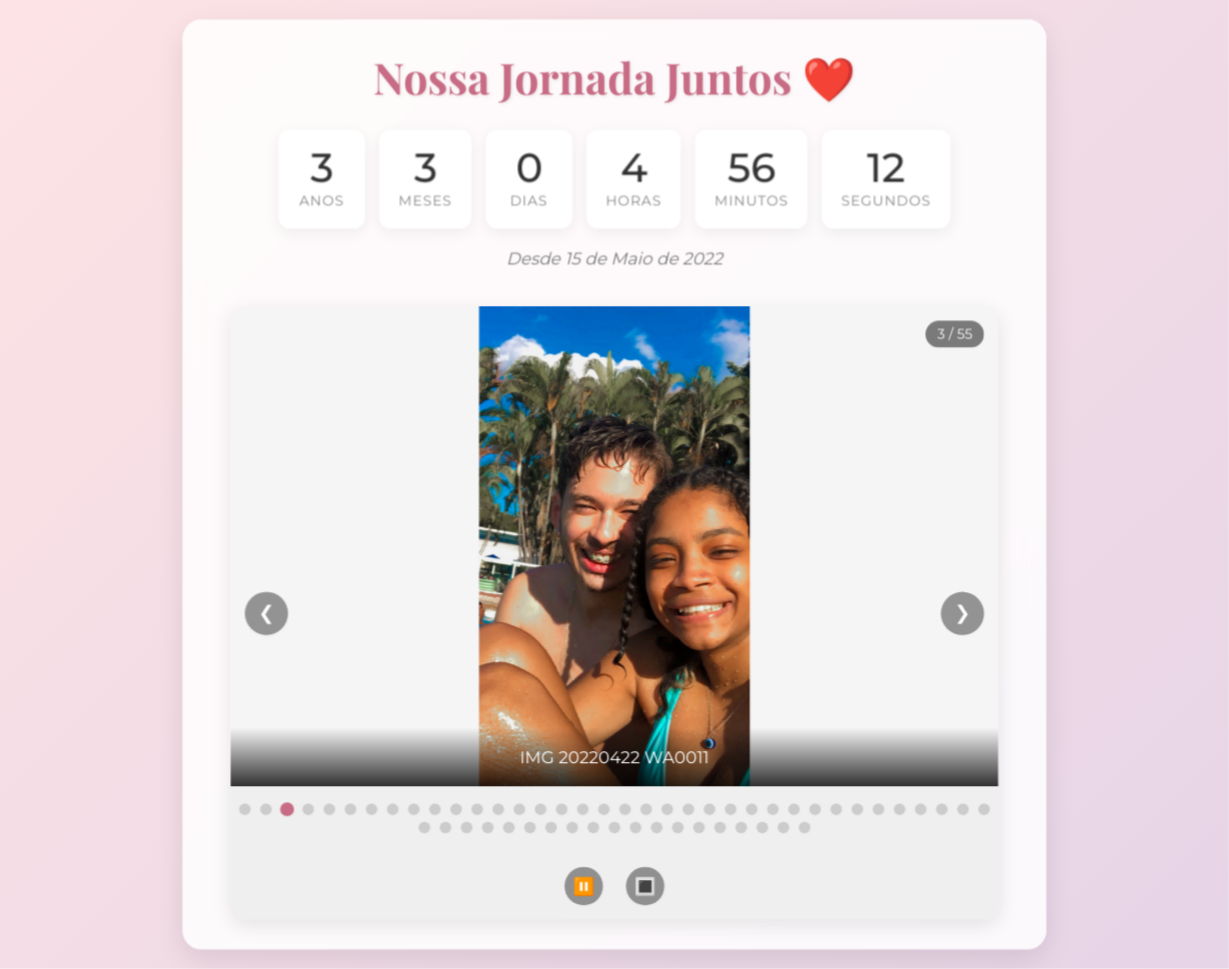
Repository: yan-luca/vic-yan
Page: index.html
An editor plug-in stored every save of this project. The page is shown before and after the next save, followed by the edit.
The browser window is 1280 px wide. The pictures show the whole page, at 96% of full size.

Above is the page before, as saved 2025-08-15 00:50:53.

### index.html
    <!DOCTYPE html>
    <html lang="pt-BR">
    <head>
        <meta charset="UTF-8">
        <meta name="viewport" content="width=device-width, initial-scale=1.0">
        <title>Nossa Jornada - Vic & Yan</title>
        <link rel="stylesheet" href="style.css">
    </head>
    <body>
        <div class="container">
            <header>
                <h1>Nossa Jornada Juntos ❤️</h1>
                <div class="counter-container">
                    <div class="counter">
                        <div class="counter-item">
                            <span id="years" class="counter-number">0</span>
                            <span class="counter-label">Anos</span>
                        </div>
                        <div class="counter-item">
                            <span id="months" class="counter-number">0</span>
                            <span class="counter-label">Meses</span>
                        </div>
                        <div class="counter-item">
                            <span id="days" class="counter-number">0</span>
                            <span class="counter-label">Dias</span>
                        </div>
                        <div class="counter-item">
                            <span id="hours" class="counter-number">0</span>
                            <span class="counter-label">Horas</span>
                        </div>
                        <div class="counter-item">
                            <span id="minutes" class="counter-number">0</span>
                            <span class="counter-label">Minutos</span>
                        </div>
                        <div class="counter-item">
                            <span id="seconds" class="counter-number">0</span>
                            <span class="counter-label">Segundos</span>
                        </div>
                    </div>
                    <p class="start-date">Desde 15 de Maio de 2022</p>
                </div>
            </header>

            <main>
                <div class="slideshow-container">
                    <div class="slides-wrapper" id="slidesWrapper">
                        <!-- As imagens serão carregadas dinamicamente aqui -->
                    </div>

                    <button class="nav-btn prev" id="prevBtn" onclick="changeSlide(-1)">❮</button>
                    <button class="nav-btn next" id="nextBtn" onclick="changeSlide(1)">❯</button>

                    <div class="slide-counter">
                        <span id="currentSlide">1</span> / <span id="totalSlides">0</span>
                    </div>

                    <div class="dots-container" id="dotsContainer">
                        <!-- Os pontos indicadores serão criados dinamicamente -->
                    </div>

                    <div class="controls">
                        <button id="playPauseBtn" onclick="toggleAutoplay()">⏸️</button>
                        <button onclick="toggleFullscreen()">🔳</button>
                    </div>
                </div>

                <div class="loading" id="loading">
                    <p>Carregando fotos...</p>
                </div>
            </main>
        </div>

        <script src="script.js"></script>
    </body>
    </html>

### style.css
/* Importando fontes elegantes do Google Fonts */
@import url('https://fonts.googleapis.com/css2?family=Playfair+Display:wght@700&family=Montserrat:wght@400;500&display=swap');

/* Reset básico */
* {
    margin: 0;
    padding: 0;
    box-sizing: border-box;
}

/* --- Estilos Globais --- */
body {
    font-family: 'Montserrat', sans-serif; /* Fonte padrão, moderna e legível */
    background: linear-gradient(135deg, #fde3e4, #e6d4e7); /* Gradiente suave e romântico */
    color: #444;
    display: flex;
    justify-content: center;
    align-items: flex-start; /* Alinha no topo */
    min-height: 100vh;
    margin: 0;
    padding: 20px;
    box-sizing: border-box;
}

/* --- Container Principal --- */
.container {
    width: 100%;
    max-width: 900px;
    background: rgba(255, 255, 255, 0.85); /* Fundo branco semi-transparente */
    backdrop-filter: blur(10px); /* Efeito de vidro fosco (moderno) */
    border-radius: 20px;
    box-shadow: 0 10px 30px rgba(0, 0, 0, 0.1);
    padding: 30px 40px;
    text-align: center;
    border: 1px solid rgba(255, 255, 255, 0.2);
}

/* --- Cabeçalho e Título --- */
header {
    text-align: center;
    margin-bottom: 30px;
}

header h1 {
    font-family: 'Playfair Display', serif; /* Fonte elegante para o título */
    font-size: 2.8em;
    color: #c86b85; /* Um tom de rosa queimado */
    margin-bottom: 10px;
    text-shadow: 1px 1px 3px rgba(0,0,0,0.1);
    animation: fadeInUp 1s ease-out;
}

.counter-container {
    background: transparent;
    backdrop-filter: none;
    border-radius: 0;
    padding: 0;
    margin: 20px 0;
    animation: fadeInUp 1s ease-out 0.3s both;
}

.start-date {
    font-size: 1.1em;
    color: #777;
    margin-top: 20px;
    font-style: italic;
}

/* --- Contador de Tempo --- */
.counter {
    display: flex;
    flex-wrap: wrap; /* Permite que os itens quebrem para a próxima linha em telas pequenas */
    justify-content: center;
    gap: 15px; /* Espaço entre os itens */
    margin-top: 25px;
    margin-bottom: 15px;
}

.counter-item {
    background: #fff;
    padding: 20px;
    border-radius: 12px;
    box-shadow: 0 4px 15px rgba(0,0,0,0.07);
    min-width: 90px;
    display: flex;
    flex-direction: column;
    align-items: center;
    transition: transform 0.3s ease, box-shadow 0.3s ease;
}

.counter-item:hover {
    transform: translateY(-5px); /* Efeito de flutuar ao passar o mouse */
    box-shadow: 0 8px 25px rgba(0,0,0,0.1);
}

.counter-number {
    font-size: 2.5em;
    font-weight: 500;
    color: #333;
    line-height: 1;
    transition: all 0.3s ease;
}

.counter-label {
    font-size: 0.9em;
    color: #888;
    margin-top: 5px;
    text-transform: uppercase;
    letter-spacing: 1px;
}

/* --- Slideshow --- */
main {
    margin-top: 40px;
}

.slideshow-container {
    position: relative;
    border-radius: 15px;
    overflow: hidden; /* Garante que as imagens fiquem dentro das bordas arredondadas */
    box-shadow: 0 5px 20px rgba(0,0,0,0.1);
    background-color: #eee; /* Cor de fundo enquanto as imagens carregam */
    max-width: 800px;
    margin: 0 auto;
    animation: fadeInUp 1s ease-out 0.6s both;
}

.slides-wrapper {
    position: relative;
    width: 100%;
    height: 500px;
    overflow: hidden;
}

.slide {
    display: none;
    width: 100%;
    height: 100%;
    position: relative;
    animation: fadeIn 0.5s ease-in-out;
}

.slide.active {
    display: block;
}

.slide img {
    width: 100%;
    height: 100%;
    object-fit: contain; /* Mostra a imagem completa sem cortar */
    border-radius: 0;
    background-color: #f5f5f5; /* Cor de fundo para espaços vazios */
}

.slide-caption {
    position: absolute;
    bottom: 0;
    left: 0;
    right: 0;
    background: linear-gradient(transparent, rgba(0,0,0,0.8));
    color: white;
    padding: 20px;
    text-align: center;
    font-size: 1.1em;
}

/* Botões de Navegação (Prev/Next) */
.nav-btn {
    position: absolute;
    top: 50%;
    transform: translateY(-50%);
    background-color: rgba(0, 0, 0, 0.4);
    color: white;
    border: none;
    cursor: pointer;
    padding: 10px 15px;
    font-size: 20px;
    border-radius: 50%;
    width: 45px;
    height: 45px;
    display: flex;
    justify-content: center;
    align-items: center;
    transition: background-color 0.3s ease;
    user-select: none; /* Impede a seleção de texto do botão */
    z-index: 10;
}

.nav-btn:hover {
    background-color: rgba(0, 0, 0, 0.7);
}

.prev {
    left: 15px;
}

.next {
    right: 15px;
}

/* Controles (Play/Pause, Fullscreen) e Contador */
.slide-counter {
    position: absolute;
    top: 15px;
    right: 15px;
    background-color: rgba(0, 0, 0, 0.5);
    color: white;
    padding: 5px 12px;
    border-radius: 20px;
    font-size: 0.9em;
    backdrop-filter: blur(10px);
}

.controls {
    text-align: center;
    padding: 15px;
    background: rgba(255, 255, 255, 0.05);
    border-top: 1px solid rgba(255, 255, 255, 0.1);
}

.controls button {
    background-color: rgba(0, 0, 0, 0.4);
    color: white;
    border: none;
    border-radius: 50%;
    width: 40px;
    height: 40px;
    font-size: 18px;
    cursor: pointer;
    transition: background-color 0.3s ease;
    margin: 0 10px;
}

.controls button:hover {
    background-color: rgba(0, 0, 0, 0.7);
}

/* Pontos indicadores */
.dots-container {
    text-align: center;
    padding: 15px 0;
    background: rgba(255, 255, 255, 0.05);
}

.dot {
    cursor: pointer;
    height: 12px;
    width: 12px;
    margin: 0 5px;
    background-color: #ccc;
    border-radius: 50%;
    display: inline-block;
    transition: background-color 0.3s ease;
}

.dot.active, .dot:hover {
    background-color: #c86b85;
    transform: scale(1.2);
}

/* --- Estilos para Avisos (Carregando / Sem Imagens) --- */
.loading, .no-images {
    text-align: center;
    padding: 60px 20px;
    font-size: 1.3em;
    background: rgba(255, 255, 255, 0.1);
    backdrop-filter: blur(10px);
    border-radius: 20px;
    max-width: 800px;
    margin: 0 auto;
}

.loading p, .no-images p {
    margin: 10px 0;
}

.no-images {
    background-color: #fdf2f2;
    border: 1px dashed #e4b8b8;
    border-radius: 10px;
    padding: 25px;
    margin: 20px 0;
    text-align: left;
}

.no-images h3 {
    color: #c86b85;
    margin-bottom: 20px;
    font-size: 1.5em;
    margin-top: 0;
}

.no-images .instructions {
    text-align: left;
    background: rgba(200, 107, 133, 0.05);
    padding: 20px;
    border-radius: 10px;
    margin: 20px 0;
    max-width: 600px;
    margin-left: auto;
    margin-right: auto;
}

.no-images .instructions p {
    margin: 15px 0 10px 0;
    font-weight: bold;
    color: #c86b85;
}

.no-images .instructions ol {
    margin: 10px 0 20px 20px;
    font-size: 0.9em;
}

.no-images .instructions li {
    margin: 8px 0;
    line-height: 1.4;
}

.no-images code {
    background: rgba(200, 107, 133, 0.2);
    padding: 2px 6px;
    border-radius: 4px;
    font-family: 'Courier New', monospace;
    color: #c86b85;
}

.no-images .code-example {
    background-color: #f7f7f7;
    border-left: 3px solid #c86b85;
    padding: 15px;
    margin: 15px 0;
    font-family: 'Courier New', Courier, monospace;
    white-space: pre-wrap;
    border-radius: 0 5px 5px 0;
}

.no-images .code-example code {
    background: transparent;
    padding: 0;
    color: #333;
    font-size: 0.9em;
    line-height: 1.6;
}

.no-images .formats {
    font-size: 0.9em;
    opacity: 0.8;
    font-style: italic;
}

/* Animações */
@keyframes fadeIn {
    from { opacity: 0; }
    to { opacity: 1; }
}

@keyframes fadeInUp {
    from {
        opacity: 0;
        transform: translateY(30px);
    }
    to {
        opacity: 1;
        transform: translateY(0);
    }
}

@keyframes pulse {
    0% { transform: scale(1); }
    50% { transform: scale(1.05); }
    100% { transform: scale(1); }
}

.counter-number {
    animation: pulse 2s infinite;
}

/* --- Responsividade para Celulares --- */
@media (max-width: 768px) {
    body {
        padding: 10px;
    }

    .container {
        padding: 20px;
    }

    header h1 {
        font-size: 2.2em;
    }

    .counter {
        gap: 15px;
        justify-content: space-around;
    }

    .counter-item {
        min-width: 80px;
        padding: 15px 10px;
    }

    .counter-number {
        font-size: 2em;
    }

    .counter-label {
        font-size: 0.9em;
    }

    .slides-wrapper {
        height: 300px;
    }

    .nav-btn {
        width: 40px;
        height: 40px;
        font-size: 16px;
        padding: 10px 15px;
    }

    .prev {
        left: 10px;
    }

    .next {
        right: 10px;
    }
}

@media (max-width: 480px) {
    .container {
        padding: 10px;
    }

    .counter-container {
        padding: 20px;
    }

    .counter {
        gap: 10px;
        justify-content: space-around;
    }

    .counter-item {
        min-width: 50px;
    }

    .counter-number {
        font-size: 1.5em;
    }

    .counter-label {
        font-size: 0.8em;
    }

    .slides-wrapper {
        height: 250px;
    }
}

/* Modo fullscreen */
.slideshow-container.fullscreen {
    position: fixed;
    top: 0;
    left: 0;
    width: 100vw;
    height: 100vh;
    max-width: none;
    z-index: 1000;
    border-radius: 0;
}

.slideshow-container.fullscreen .slides-wrapper {
    height: 100vh;
}

.slideshow-container.fullscreen .slide img {
    object-fit: contain;
}

### script.js
// Configurações
const startDate = new Date('2022-05-15T00:00:00-03:00'); // Horário de Brasília (UTC-3)
let currentSlideIndex = 0;
let slides = [];
let isAutoplay = true;
let autoplayInterval;
const autoplayDelay = 2000; // 2 segundos

// Formatos de imagem suportados
const imageFormats = ['jpg', 'jpeg', 'png', 'gif', 'webp'];

// IMPORTANTE: No GitHub Pages, você DEVE listar manualmente suas imagens aqui
// O GitHub Pages não permite descoberta automática de arquivos por segurança
const imageList = [
    // Suas fotos (organizadas cronologicamente):
    '20220330_205428.jpg',
    'IMG-20220412-WA0014.jpg',
    'IMG-20220422-WA0011.jpg',
    'IMG-20220424-WA0016.jpg',
    'IMG-20220501-WA0048.jpg',
    'IMG-20220610-WA0003.jpg',
    'IMG-20220619-WA0008.jpg',
    'IMG-20220626-WA0062.jpg',
    'IMG-20220626-WA0071.jpg',
    'IMG-20220724-WA0056.jpg',
    'IMG-20220818-WA0011.jpg',
    '20220912_113155.jpg',
    '20220912_141717.jpg',
    'IMG-20220925-WA0011.jpg',
    'IMG-20221030-WA0012.jpg',
    'IMG-20221201-WA0009.jpg',
    'IMG-20221203-WA0001.jpg',
    '20230128_180709.jpg',
    'IMG-20230216-WA0000.jpg',
    '20230506_192135.jpg',
    '20230521_122653.jpg',
    '20230603_172531.jpg',
    '20230608_000824.jpg',
    '20230707_173940.jpg',
    '20230714_174535.jpg',
    '20230714_174624(0).jpg',
    '20230714_175502.jpg',
    '20230715_223103.jpg',
    '20230716_163837.jpg',
    '20230716_164612.jpg',
    '20230822_182113.jpg',
    '20230823_160356.jpg',
    '20230917_160911.jpg',
    '20230917_164506.jpg',
    '20230928_182321.jpg',
    '20231224_211740.jpg',
    '20240215_161409.jpg',
    '20240215_163658.jpg',
    '20240215_164804.jpg',
    '20240510_144636.jpg',
    'Screenshot_20240515_131250_Photos.jpg',
    'Screenshot_20240515_131302_Photos.jpg',
    '20240612_190503.jpg',
    '20240615_191854.jpg',
    '20240817_175401.jpg',
    '20240817_175604.jpg',
    '20240824_204941.jpg',
    '20240924_184110.jpg',
    '20240924_184135.jpg',
    '20241025_224054.jpg',
    '20241201_185904.jpg',
    '20250322_204125.jpg',
    '20250522_200536.jpg',
    '20250612_185640.jpg',
    '20250716_202833.jpg'

    // ⚠️  ATENÇÃO: Se deixar vazio, a página mostrará as instruções de como adicionar fotos
];

// Inicialização
document.addEventListener('DOMContentLoaded', function() {
    updateCounter();
    loadImages();

    // Atualizar contador a cada segundo
    setInterval(updateCounter, 1000);

    // Controles de teclado
    document.addEventListener('keydown', handleKeyPress);
});

// Função para atualizar o contador de tempo
function updateCounter() {
    // Obter horário atual de Brasília usando a API do navegador
    const now = new Date();
    const brasiliaTime = new Date(now.toLocaleString("en-US", {timeZone: "America/Sao_Paulo"}));

    const diff = brasiliaTime - startDate;

    const years = Math.floor(diff / (365.25 * 24 * 60 * 60 * 1000));
    const months = Math.floor((diff % (365.25 * 24 * 60 * 60 * 1000)) / (30.44 * 24 * 60 * 60 * 1000));
    const days = Math.floor((diff % (30.44 * 24 * 60 * 60 * 1000)) / (24 * 60 * 60 * 1000));
    const hours = Math.floor((diff % (24 * 60 * 60 * 1000)) / (60 * 60 * 1000));
    const minutes = Math.floor((diff % (60 * 60 * 1000)) / (60 * 1000));
    const seconds = Math.floor((diff % (60 * 1000)) / 1000);

    document.getElementById('years').textContent = years;
    document.getElementById('months').textContent = months;
    document.getElementById('days').textContent = days;
    document.getElementById('hours').textContent = hours;
    document.getElementById('minutes').textContent = minutes;
    document.getElementById('seconds').textContent = seconds;
}

// Função para carregar imagens
async function loadImages() {
    const slidesWrapper = document.getElementById('slidesWrapper');
    const loading = document.getElementById('loading');
    const noImages = document.getElementById('noImages');

    try {
        // No GitHub Pages, só funciona com lista manual
        if (imageList.length === 0) {
            loading.style.display = 'none';
            noImages.style.display = 'block';
            return;
        }

        // Carregar e validar imagens da lista manual
        for (const imageName of imageList) {
            await loadImage(imageName);
        }

        if (slides.length === 0) {
            loading.style.display = 'none';
            noImages.style.display = 'block';
            return;
        }

        loading.style.display = 'none';
        setupSlideshow();

    } catch (error) {
        console.error('Erro ao carregar imagens:', error);
        loading.style.display = 'none';
        noImages.style.display = 'block';
    }
}

// Função para carregar uma imagem específica
function loadImage(imageName) {
    return new Promise((resolve) => {
        const img = new Image();

        img.onload = function() {
            slides.push({
                src: `images/${imageName}`,
                name: imageName,
                caption: getImageCaption(imageName)
            });
            resolve();
        };

        img.onerror = function() {
            console.warn(`❌ Imagem não encontrada: images/${imageName}`);
            console.warn('💡 Verifique se o nome está correto e se o arquivo existe na pasta images/');
            resolve();
        };

        img.src = `images/${imageName}`;
    });
}

// Função para gerar legenda da imagem
function getImageCaption(imageName) {
    // Remove a extensão e formata o nome
    const nameWithoutExtension = imageName.replace(/\.[^/.]+$/, "");
    return nameWithoutExtension.replace(/[_-]/g, ' ').replace(/^\w/, c => c.toUpperCase());
}

// Função para configurar o slideshow
function setupSlideshow() {
    const slidesWrapper = document.getElementById('slidesWrapper');
    const dotsContainer = document.getElementById('dotsContainer');

    // Limpar conteúdo existente
    slidesWrapper.innerHTML = '';
    dotsContainer.innerHTML = '';

    // Criar slides
    slides.forEach((slide, index) => {
        // Criar slide
        const slideDiv = document.createElement('div');
        slideDiv.className = 'slide';
        slideDiv.innerHTML = `
            <img src="${slide.src}" alt="${slide.caption}" loading="lazy">
            <div class="slide-caption">${slide.caption}</div>
        `;
        slidesWrapper.appendChild(slideDiv);

        // Criar dot
        const dot = document.createElement('span');
        dot.className = 'dot';
        dot.onclick = () => goToSlide(index);
        dotsContainer.appendChild(dot);
    });

    // Atualizar contador total
    document.getElementById('totalSlides').textContent = slides.length;

    // Mostrar primeiro slide
    showSlide(0);

    // Iniciar autoplay
    if (isAutoplay) {
        startAutoplay();
    }
}

// Função para mostrar slide específico
function showSlide(index) {
    const slideElements = document.querySelectorAll('.slide');
    const dots = document.querySelectorAll('.dot');

    // Esconder todos os slides
    slideElements.forEach(slide => slide.classList.remove('active'));
    dots.forEach(dot => dot.classList.remove('active'));

    // Mostrar slide atual
    if (slideElements[index]) {
        slideElements[index].classList.add('active');
        dots[index].classList.add('active');
    }

    currentSlideIndex = index;
    document.getElementById('currentSlide').textContent = index + 1;
}

// Função para ir para slide específico
function goToSlide(index) {
    showSlide(index);
    restartAutoplay();
}

// Função para mudar slide
function changeSlide(direction) {
    const newIndex = currentSlideIndex + direction;

    if (newIndex >= slides.length) {
        showSlide(0);
    } else if (newIndex < 0) {
        showSlide(slides.length - 1);
    } else {
        showSlide(newIndex);
    }

    restartAutoplay();
}

// Função para iniciar autoplay
function startAutoplay() {
    if (slides.length <= 1) return;

    autoplayInterval = setInterval(() => {
        changeSlide(1);
    }, autoplayDelay);
}

// Função para parar autoplay
function stopAutoplay() {
    if (autoplayInterval) {
        clearInterval(autoplayInterval);
        autoplayInterval = null;
    }
}

// Função para reiniciar autoplay
function restartAutoplay() {
    stopAutoplay();
    if (isAutoplay) {
        startAutoplay();
    }
}

// Função para alternar autoplay
function toggleAutoplay() {
    isAutoplay = !isAutoplay;
    const button = document.getElementById('playPauseBtn');

    if (isAutoplay) {
        startAutoplay();
        button.textContent = '⏸️';
    } else {
        stopAutoplay();
        button.textContent = '▶️';
    }
}

// Função para alternar fullscreen
function toggleFullscreen() {
    const slideshow = document.querySelector('.slideshow-container');

    if (!document.fullscreenElement) {
        slideshow.requestFullscreen().catch(err => {
            console.log(`Erro ao entrar em fullscreen: ${err.message}`);
        });
        slideshow.classList.add('fullscreen');
    } else {
        document.exitFullscreen();
        slideshow.classList.remove('fullscreen');
    }
}

// Função para lidar com teclas pressionadas
function handleKeyPress(e) {
    switch(e.key) {
        case 'ArrowLeft':
            changeSlide(-1);
            break;
        case 'ArrowRight':
            changeSlide(1);
            break;
        case ' ':
            e.preventDefault();
            toggleAutoplay();
            break;
        case 'f':
        case 'F':
            toggleFullscreen();
            break;
        case 'Escape':
            if (document.fullscreenElement) {
                document.exitFullscreen();
                document.querySelector('.slideshow-container').classList.remove('fullscreen');
            }
            break;
    }
}

// Detectar saída do fullscreen
document.addEventListener('fullscreenchange', () => {
    const slideshow = document.querySelector('.slideshow-container');
    if (!document.fullscreenElement) {
        slideshow.classList.remove('fullscreen');
    }
});

// Pausar autoplay quando a aba não estiver ativa
document.addEventListener('visibilitychange', () => {
    if (document.hidden) {
        stopAutoplay();
    } else if (isAutoplay) {
        startAutoplay();
    }
});

// Pausar autoplay ao passar o mouse sobre o slideshow
document.addEventListener('DOMContentLoaded', function() {
    const slideshow = document.querySelector('.slideshow-container');

    slideshow.addEventListener('mouseenter', () => {
        if (isAutoplay) stopAutoplay();
    });

    slideshow.addEventListener('mouseleave', () => {
        if (isAutoplay) startAutoplay();
    });
});

After the next save:
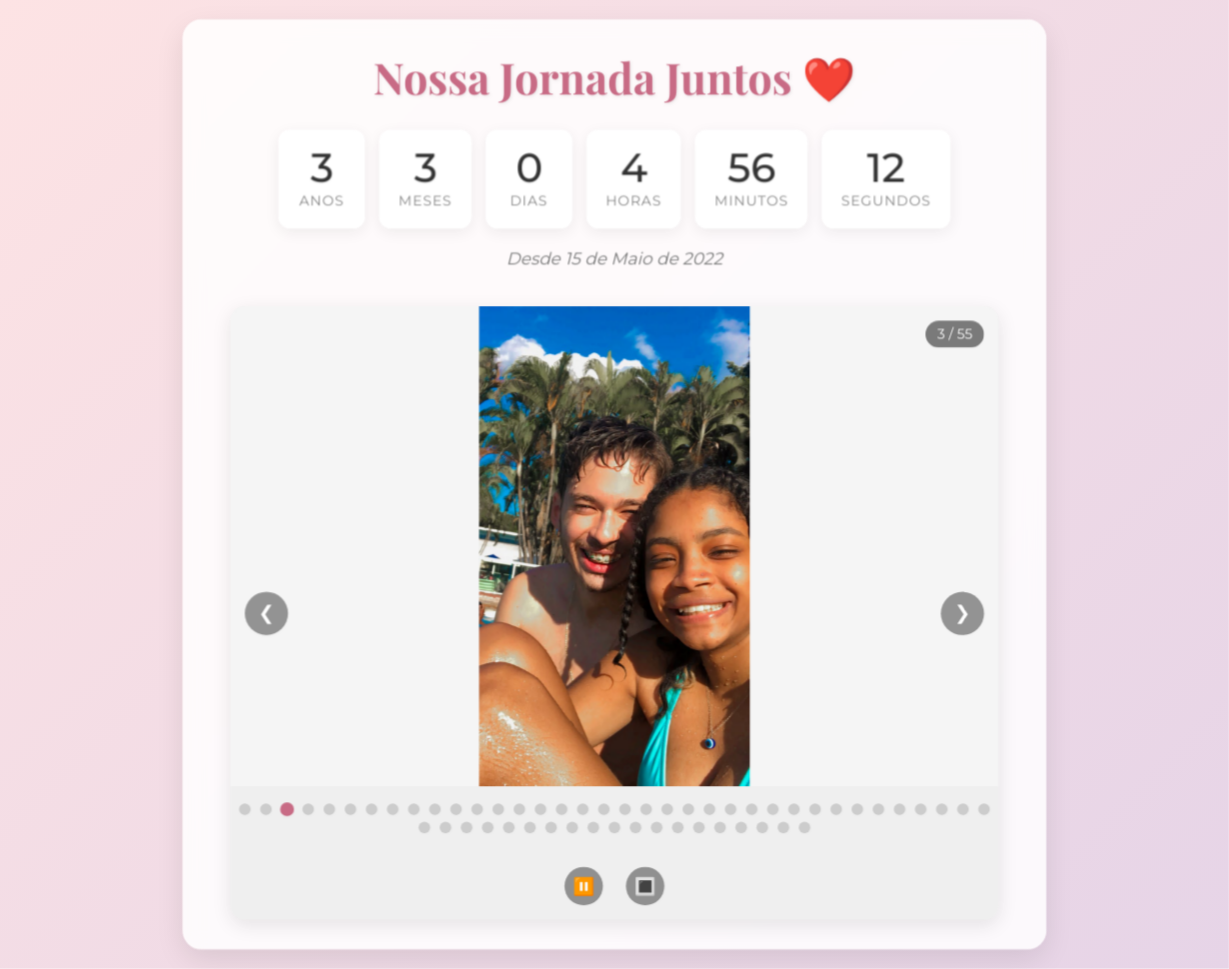
Saved 50 s later.
--- a/script.js
+++ b/script.js
@@ -189,7 +189,6 @@ function setupSlideshow() {
         slideDiv.className = 'slide';
         slideDiv.innerHTML = `
             <img src="${slide.src}" alt="${slide.caption}" loading="lazy">
-            <div class="slide-caption">${slide.caption}</div>
         `;
         slidesWrapper.appendChild(slideDiv);
 
